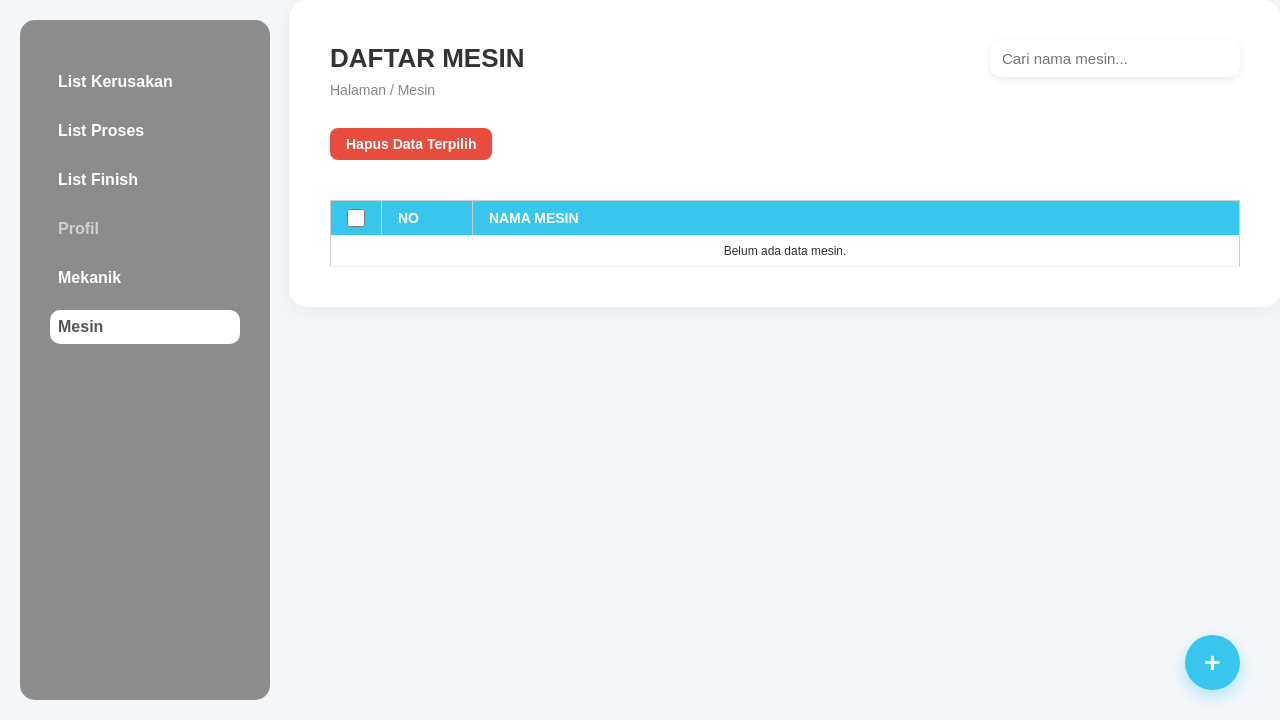
Repository: 1rHub/maintenance
Page: http://localhost/mesin.php
The author's editor kept a copy of each file at every save. The page is drawn from the files as they stood at one save, then again after the next save.
The browser window is 1280 px wide. The pictures show the whole page.
The page is run by PHP 8.4 with error messages shown; the project is at /var/www/html/. Queries for data that is not in the repository find no rows.

Above is the page before, as saved 2025-10-29 11:10:01.

### mesin.php
<?php
include "koneksi.php";
include "sidebar.php";

// === Tambah Mesin ===
if ($_SERVER["REQUEST_METHOD"] === "POST" && isset($_POST["tambah_mesin"])) {
    $nama = trim($_POST["nama_mesin"]);
    if ($nama !== "") {
        mysqli_query($conn, "INSERT INTO mesin (nama_mesin) VALUES ('$nama')");
    }
    header("Location: mesin.php");
    exit;
}

// === Hapus Mesin (multi delete) ===
if ($_SERVER["REQUEST_METHOD"] === "POST" && isset($_POST["hapus_laporan"])) {
    if (!empty($_POST["selected_id"])) {
        $ids = implode(",", array_map('intval', $_POST["selected_id"]));
        mysqli_query($conn, "DELETE FROM mesin WHERE id IN ($ids)");
    }
    header("Location: mesin.php?hapus=1");
    exit;
}

// === Ambil Semua Mesin ===
$result = mysqli_query($conn, "SELECT * FROM mesin ORDER BY id ASC");
$mesin_list = mysqli_fetch_all($result, MYSQLI_ASSOC);
?>
<!DOCTYPE html>
<html lang="id">

<head>
    <meta charset="UTF-8">
    <title>Data Mesin</title>
    <link rel="stylesheet" href="assets/css/style.css">
    <style>
        body {
            font-family: 'Poppins', sans-serif;
        }

        /* === mesin.php === */
        .main-container {
        flex-grow: 1;
    height: auto;
    align-self: flex-start;
	margin-left: 0px;
	padding: 40px;
	background: #fff;
	border-radius: 16px;
	box-shadow: 0 4px 20px rgba(0,0,0,0.05);
}

        #mesinTable {
            width: 100%;
            min-width: 900px;
            table-layout: auto;
        }

        .header-row {
            display: flex;
            align-items: center;
            justify-content: space-between;
            margin-bottom: 25px;
        }

        h1 {
            font-size: 26px;
            font-weight: 700;
            color: #333;
            margin: 0;
        }

        .breadcrumb {
            color: #888;
            font-size: 14px;
            margin-bottom: 30px;
            margin-top: -20px;
        }

        /* === SEARCH BOX === */
        .search-box {
            display: flex;
            align-items: center;
            background: #fff;
            border-radius: 12px;
            box-shadow: 0 3px 10px rgba(0, 0, 0, 0.08);
            padding: 10px 12px;
            width: 250px;
        }

        .search-box input {
            flex: 1;
            border: #333;
            outline: none;
            background: transparent;
            font-size: 15px;
        }

        .table {
            width: 100%;
            border-collapse: collapse;
            table-layout: fixed;
            min-width: 700px;
        }

        th,
        td {
            padding: 8px 16px;
            border-bottom: 1px solid #eee;
        }

        th {
            background: #39c6ed;
            color: white;
            text-transform: uppercase;
            font-size: 14px;
        }

        td {
            color: #333;
            font-weight: 500;
        }

        /* === CHECKBOX === */
        input[type="checkbox"] {
            width: 18px;
            height: 18px;
            cursor: pointer;
        }

        /* === BUTTON HAPUS DI LUAR TABEL === */
        .hapus-btn {
            background: #e74c3c;
            color: #fff;
            border: none;
            padding: 8px 16px;
            border-radius: 8px;
            font-size: 14px;
            cursor: pointer;
            transition: 0.2s;
            margin-bottom: 20px;
        }

        .hapus-btn:hover {
            background: #c0392b;
            transform: scale(1.05);
        }

        /* === FLOATING ADD BUTTON === */
        .float-btn {
            position: fixed;
            bottom: 30px;
            right: 40px;
            background-color: #39c6ed;
            color: #fff;
            font-size: 28px;
            width: 55px;
            height: 55px;
            border-radius: 50%;
            border: none;
            box-shadow: 0 6px 15px rgba(57, 198, 237, 0.4);
            cursor: pointer;
            transition: 0.3s ease;
        }

        .float-btn:hover {
            background-color: #2da8cf;
            transform: scale(1.1);
        }

        .popup {
            display: none;
            position: fixed;
            top: 0;
            left: 0;
            width: 100%;
            height: 100%;
            background: rgba(0, 0, 0, 0.4);
            justify-content: center;
            align-items: center;
            z-index: 999;
        }

        .popup-content {
            background: #fff;
            border-radius: 12px;
            padding: 20px 30px;
            box-shadow: 0 5px 15px rgba(0, 0, 0, 0.2);
            animation: fadeIn 0.2s ease;
        }

        .close-btn2 {
            float: right;
            font-size: 22px;
            cursor: pointer;
        }

        .popup-content form input[type="text"] {
            width: 100%;
            padding: 10px;
            margin-bottom: 12px;
            border: 1px solid #ccc;
            border-radius: 6px;
        }

        .popup-content button {
            background: #39c6ed;
            color: #fff;
            border: none;
            padding: 8px 16px;
            border-radius: 6px;
            cursor: pointer;
        }

        .popup-content button:hover {
            background: #2da8cf;
        }

        /* === POPUP TAMBAH MESIN === */
        #popupTambah .popup-content {
            width: 400px;
            max-width: 90%;
        }

        /* === POPUP RIWAYAT MESIN === */
        #popupRiwayatMesin .popup-content {
            width: 90%;
            max-width: 1100px;
            /* bisa kamu ubah ke 1000–1200px sesuai selera */
            overflow-x: auto;
            max-height: 85vh;
        }

        #popupRiwayatMesin table {
            width: 100%;
            border-collapse: collapse;
            margin-top: 10px;
        }

        #popupRiwayatMesin th,
        #popupRiwayatMesin td {
            padding: 8px 10px;
            border-bottom: 1px solid #eee;
            text-align: left;
        }

        #popupRiwayatMesin th {
            background: #39c6ed;
            color: #fff;
            font-size: 14px;
            text-transform: uppercase;
        }
    </style>
</head>

<body>
    <div class="main-container">

        <!-- === HEADER ROW === -->
        <div class="header-row">
            <h1>DAFTAR MESIN</h1>
            <div class="search-box">
                <input type="text" id="searchMesin" placeholder="Cari nama mesin...">
            </div>
        </div>
        <p class="breadcrumb">Halaman / Mesin</p>

        <!-- === BUTTON HAPUS DI LUAR TABEL === -->
        <form method="POST" id="formHapus">
            <input type="hidden" name="hapus_laporan" value="1">
            <button type="button" class="hapus-btn" onclick="showHapusPopup()">Hapus Data Terpilih</button>

            <div class="table-wrapper">
                <table id="mesinTable" class="table">
                    <thead>
                        <tr>
                            <th style="width:5%; text-align:center;"><input type="checkbox" id="selectAll"></th>
                            <th style="width:10%;">No</th>
                            <th>Nama Mesin</th>
                        </tr>
                    </thead>
                    <tbody>
                        <?php if (count($mesin_list) > 0): ?>
                            <?php $no = 1;
                            foreach ($mesin_list as $m): ?>
                                <tr class="data-row">
                                    <td style="text-align:center;">
                                        <input type="checkbox" name="selected_id[]" value="<?= $m['id'] ?>">
                                    </td>
                                    <td><?= $no++ ?></td>
                                    <td>
                                        <a href="#" onclick="openRiwayatMesin(<?= $m['id'] ?>, '<?= htmlspecialchars($m['nama_mesin']) ?>')">

                                            <?= htmlspecialchars($m['nama_mesin']) ?>
                                        </a>
                                    </td>
                                </tr>
                            <?php endforeach; ?>
                        <?php else: ?>
                            <tr>
                                <td colspan="3" style="text-align:center;">Belum ada data mesin.</td>
                            </tr>
                        <?php endif; ?>
                    </tbody>
                </table>
            </div>
        </form>

    </div>

    <!-- ➕ Floating Add Button -->
    <button class="float-btn" onclick="openTambahPopup()">+</button>

    <!-- === POPUP TAMBAH (SAMA SEPERTI KODEMU) === -->
    <div class="popup" id="popupTambah">
        <div class="popup-content">
            <span class="close-btn2" onclick="closeTambahPopup()">&times;</span>
            <h2>Tambah Mesin Baru</h2>
            <form method="POST">
                <input type="text" name="nama_mesin" placeholder="Nama mesin baru" required>
                <button type="submit" name="tambah_mesin">Tambah</button>
            </form>
        </div>
    </div>

    <!-- === POPUP RIWAYAT (SAMA SEPERTI KODEMU) === -->
    <div class="popup" id="popupRiwayatMesin">
        <div class="popup-content" style="max-width:900px;">
            <span class="close-btn2" onclick="closeRiwayatMesin()">&times;</span>
            <h2 id="riwayatMesinTitle">Riwayat Mesin</h2>
            <table>
                <thead>
                    <tr>
                        <th>Tanggal</th>
                        <th>Pelapor</th>
                        <th>Divisi</th>
                        <th>Keterangan</th>
                        <th>Mekanik</th>
                        <th>Pesan Mekanik</th>
                        <th>Kategori</th>
                    </tr>
                </thead>
                <tbody id="riwayatMesinTable">
                    <tr>
                        <td colspan="7" style="text-align:center;">Pilih mesin untuk melihat riwayat.</td>
                    </tr>
                </tbody>
            </table>
        </div>
    </div>

    <!-- === POPUP KONFIRMASI HAPUS === -->
    <div class="popup" id="popupHapus">
        <div class="popup-content" style="width:380px; text-align:center;">
            <h3 style="margin-bottom:15px;">Konfirmasi Hapus</h3>
            <p style="color:#555; margin-bottom:25px;">Apakah kamu yakin ingin menghapus data mesin terpilih?</p>
            <div style="display:flex; justify-content:center; gap:15px;">
                <button onclick="closeHapusPopup()"
                    style="background:#ccc; border:none; color:#333; padding:8px 14px; border-radius:6px; cursor:pointer;">Batal</button>
                <button onclick="confirmDelete()" id="btnHapusYa"
                    style="background:#e74c3c; border:none; color:white; padding:8px 14px; border-radius:6px; cursor:pointer;">Ya,
                    Hapus</button>
            </div>
        </div>
    </div>


    <script>
        // === SELECT ALL CHECKBOX ===
        document.getElementById('selectAll').addEventListener('change', function () {
            const checkboxes = document.querySelectorAll('input[name="selected_id[]"]');
            checkboxes.forEach(cb => cb.checked = this.checked);
        });

        // === LIVE SEARCH ===
        document.getElementById('searchMesin').addEventListener('input', function () {
            const query = this.value.toLowerCase();
            const rows = document.querySelectorAll('#mesinTable tbody tr.data-row');
            let visible = 0;
            rows.forEach(row => {
                const nama = row.cells[2].textContent.toLowerCase();
                if (nama.includes(query)) {
                    row.style.display = '';
                    visible++;
                } else {
                    row.style.display = 'none';
                }
            });

            const tbody = document.querySelector('#mesinTable tbody');
            let emptyRow = document.getElementById('noResultRow');
            if (visible === 0) {
                if (!emptyRow) {
                    emptyRow = document.createElement('tr');
                    emptyRow.id = 'noResultRow';
                    emptyRow.innerHTML = `<td colspan="3" style="text-align:center; height:60px; color:#888;">Tidak ada mesin yang cocok.</td>`;
                    tbody.appendChild(emptyRow);
                }
            } else if (emptyRow) {
                emptyRow.remove();
            }
        });

        // === POPUP TAMBAH MESIN ===
        function openTambahPopup() {
            document.getElementById('popupTambah').style.display = 'flex';
        }

        function closeTambahPopup() {
            document.getElementById('popupTambah').style.display = 'none';
        }

        // === POPUP RIWAYAT MESIN ===
        function openRiwayatMesin(id, nama) {
    const popup = document.getElementById('popupRiwayatMesin');
    const tbody = document.getElementById('riwayatMesinTable');
    const title = document.getElementById('riwayatMesinTitle');

    title.textContent = "Riwayat Mesin: " + nama;
    popup.style.display = 'flex';
    tbody.innerHTML = `<tr><td colspan="7" style="text-align:center;">Memuat data...</td></tr>`;

    fetch('riwayat_mesin.php?id=' + id)
        .then(response => response.json())
        .then(data => {
            if (data.length === 0) {
                tbody.innerHTML = `<tr><td colspan="7" style="text-align:center;">Belum ada riwayat perbaikan untuk mesin ini.</td></tr>`;
            } else {
                tbody.innerHTML = data.map(r => `
                    <tr>
                        <td>${r.tanggal}</td>
                        <td>${r.nama}</td>
                        <td>${r.divisi}</td>
                        <td>${r.pesan}</td>
                        <td>${r.nama_mekanik || '-'}</td>
                        <td>${r.pesan_mekanik}</td>
                        <td>${r.kategori}</td>
                    </tr>
                `).join('');
            }
        })
        .catch(err => {
            console.error(err);
            tbody.innerHTML = `<tr><td colspan="7" style="text-align:center;color:red;">Gagal memuat data.</td></tr>`;
        });
}


        function closeRiwayatMesin() {
            document.getElementById('popupRiwayatMesin').style.display = 'none';
        }

        // === POPUP VALIDASI HAPUS ===
        function showHapusPopup() {
            const checkboxes = document.querySelectorAll('input[name="selected_id[]"]:checked');
            if (checkboxes.length === 0) {
                alert("Pilih minimal satu data mesin untuk dihapus.");
                return;
            }
            document.getElementById('popupHapus').style.display = 'flex';
        }

        function closeHapusPopup() {
            document.getElementById('popupHapus').style.display = 'none';
        }

        document.getElementById('btnHapusYa').addEventListener('click', function () {
            document.getElementById('formHapus').submit();
        });

    </script>

</body>

</html>

### koneksi.php
<?php
$host = "localhost";
$user = "root";
$pass = "";
$db   = "db_laporan";

$conn = new mysqli($host, $user, $pass, $db);

if ($conn->connect_error) {
    die("Koneksi gagal: " . $conn->connect_error);
}
?>

### sidebar.php
<?php

$current_page = basename($_SERVER['PHP_SELF']);
?>

<head>
    <link rel="stylesheet" href="assets/css/style.css">
</head>
<div class="sidebar">
    <ul class="menu">
        <li>
            <a href="dashboard_laporan.php" class="<?= $current_page == 'dashboard_laporan.php' ? 'active' : '' ?>">
                List Kerusakan
            </a>
        </li>
        <li>
            <a href="list_proses.php" class="<?= $current_page == 'list_proses.php' ? 'active' : '' ?>">
                List Proses
            </a>
        </li>
        <li>
            <a href="list_finish.php" class="<?= $current_page == 'list_finish.php' ? 'active' : '' ?>">
                List Finish
            </a>
        </li>
        <li>
            <a href="#" class="disabled">Profil</a>
        </li>
        <li>
            <a href="mekanik.php" class="<?= $current_page == 'mekanik.php' ? 'active' : '' ?>">
                Mekanik
            </a>
        </li>
        <li>
            <a href="mesin.php" class="<?= $current_page == 'mesin.php' ? 'active' : '' ?>">
                Mesin
            </a>
        </li>
    </ul>
    <?php if ($current_page == 'dashboard_laporan.php'): ?>
        <button class="register-btn" onclick="openPopup()">Registrasi Laporan</button>
    <?php endif; ?>
</div>

Loaded but not shown: assets/css/style.css (784 lines, source omitted)

After the next save:
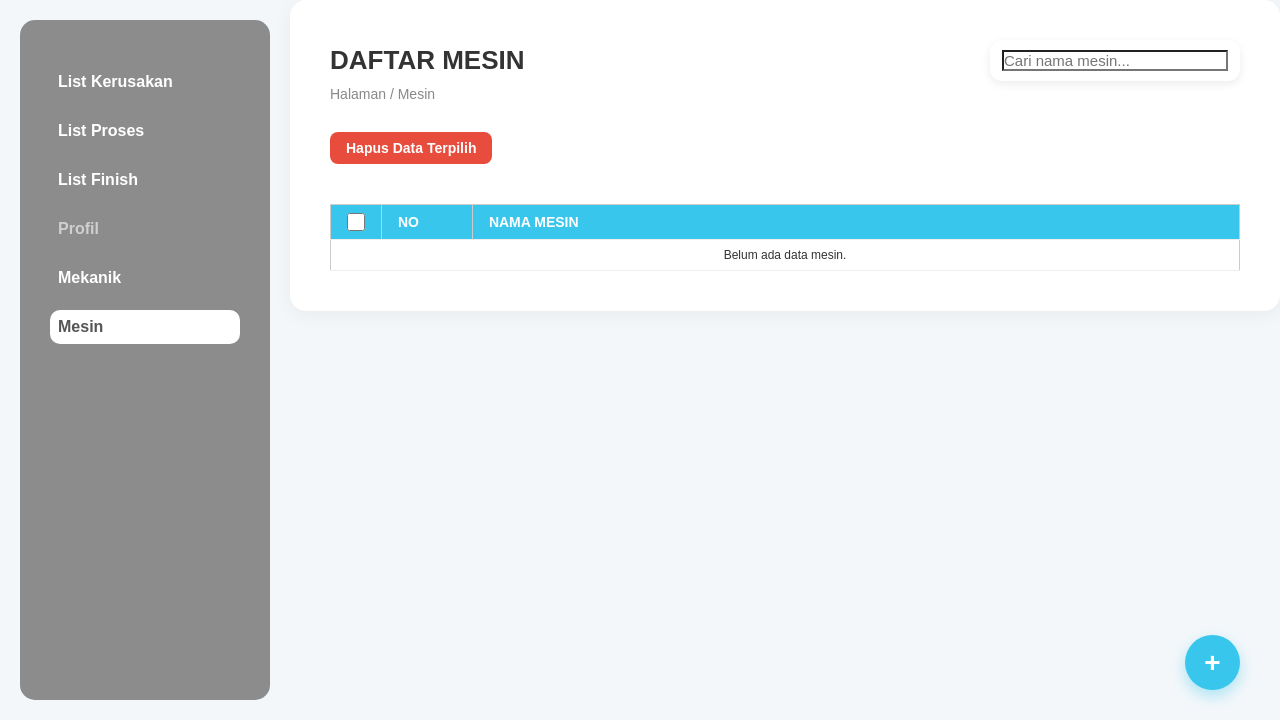
Saved 9 s later.
--- a/mesin.php
+++ b/mesin.php
@@ -90,7 +90,7 @@
 
         .search-box input {
             flex: 1;
-            border: #333;
+            border: 1;
             outline: none;
             background: transparent;
             font-size: 15px;

After the save that followed:
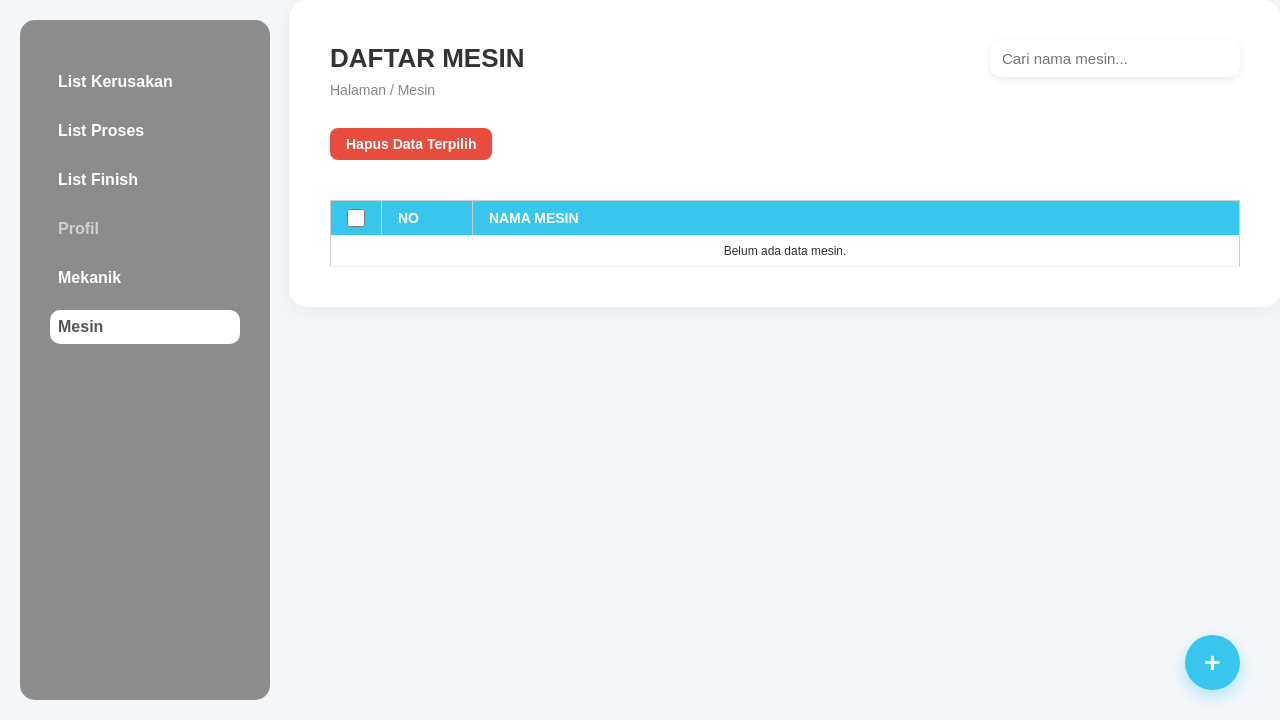
Saved 4 s later.
--- a/mesin.php
+++ b/mesin.php
@@ -90,7 +90,7 @@
 
         .search-box input {
             flex: 1;
-            border: 1;
+            border: 1px;
             outline: none;
             background: transparent;
             font-size: 15px;
